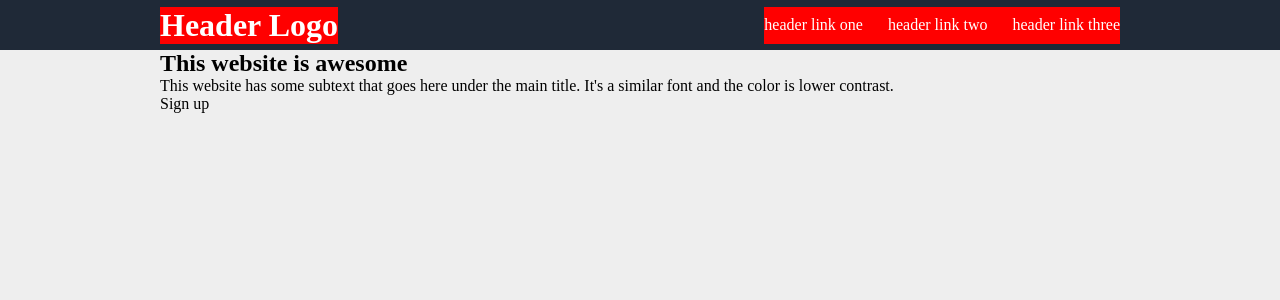
Repository: Pafestivo/Dummy-Landing-Page
Page: index.html
These files come from the project's save history. The page is drawn as it stood at one moment and after the next save; the edit follows.
The browser window is 1280 px wide. The pictures show the whole page.

Above is the page before, as saved 2022-09-26 17:48:46.

After the next save:
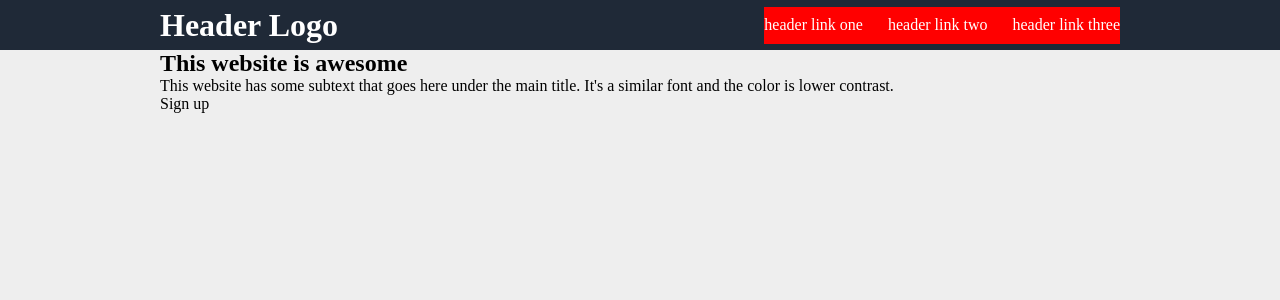
Saved 7 s later.
--- a/styles.css
+++ b/styles.css
@@ -34,7 +34,6 @@ header .container {
 }
 
 header h1 {
-  background-color: red;
 }
 
 header nav {
